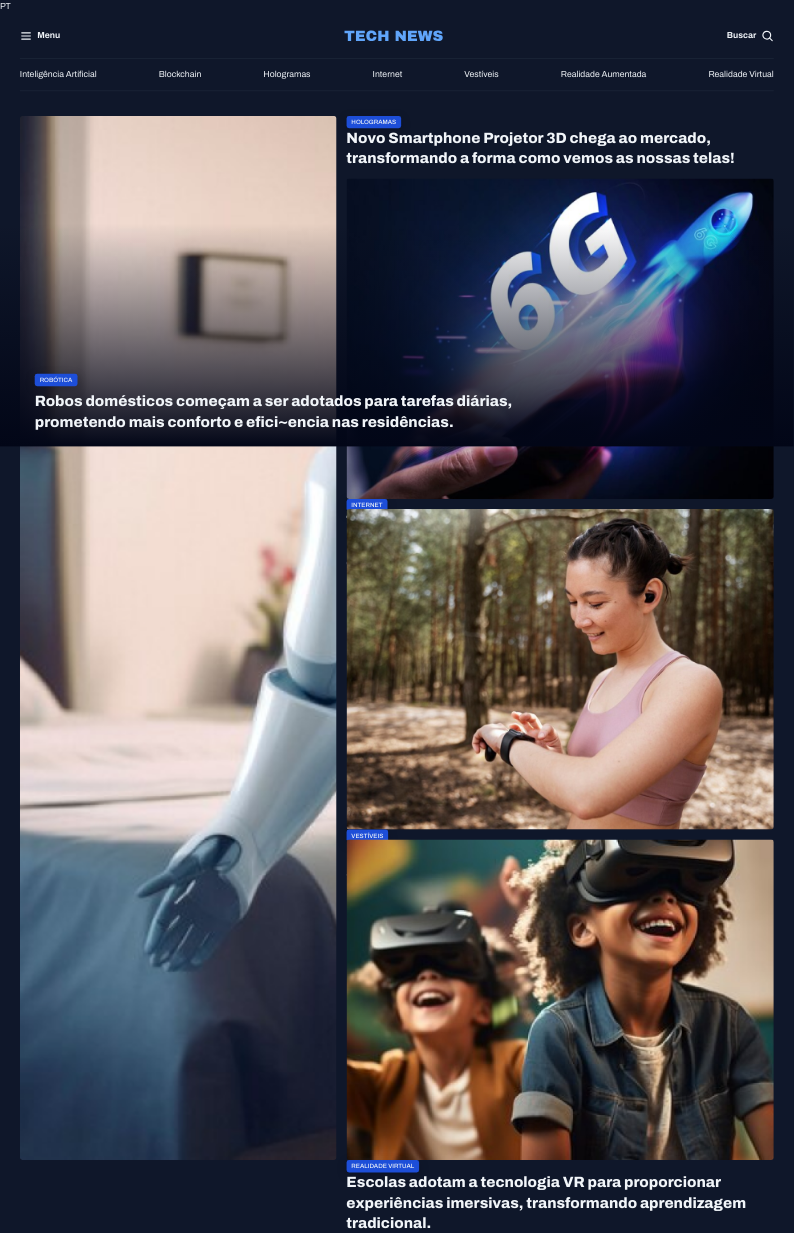
Repository: JeffRodFer/portalDeNoticias
Page: index.html
The author's editor kept a copy of each file at every save. The page is drawn from the files as they stood at one save, then again after a run of saves.
The browser window is 1280 px wide. The pictures show the whole page, at 62% of full size.

Above is the page before, as saved 2025-04-15 22:08:26.

### index.html
PT<!DOCTYPE html>
<html lang="pt-BR">
  <head>
    <link rel="preconnect" href="https://fonts.googleapis.com">
  <link rel="preconnect" href="https://fonts.gstatic.com" crossorigin>
  <meta charset="UTF-8">
  <meta name="viewport" content="width=device-width, initial-scale=1.0">
  <title>Portal de Notícias</title>
  <link rel="stylesheet" href="styles/index.css">

  <link href="https://fonts.googleapis.com/css2?family=Archivo:ital,wght@0,100..900;1,100..900&family=Bree+Serif&family=Poppins:wght@400;700&display=swap" rel="stylesheet">

</head>
<body>
  <header class="container">
    <nav id="primary" class="grid grid-flow-col">
      <div>
        <img src="assets/icons/List.svg" alt="ícone de menu">
        <strong>Menu</strong>
      </div>
        <div>
          <img src="assets/Logo (1).svg" alt="TechNews logo">
        </div>
        <div>
          <strong>Buscar</strong>
          <img src="assets/icons/MagnifyingGlass.svg" alt="ícone de lupa para pesquisa">
        </div>
    </nav>
    <nav id="secondary" class="grid grid-flow-col">
      <a href="#">Inteligência Artificial</a>
      <a href="#">Blockchain</a>
      <a href="#">Hologramas</a>
      <a href="#">Internet</a>
      <a href="#">Vestíveis</a>
      <a href="#">Realidade Aumentada</a>
      <a href="#">Realidade Virtual</a>
    </nav>
  </header>
  <main class="grid container">
    <section id="featured" class="grid grid-flow-col gap-16">
      <figure class="card">
        <img src="assets/images/Image 01.png" alt="">

        <figcaption>
          <span class="content-tag">robótica</span>
          <h2 class="text-2xl">
            Robos domésticos começam a ser adotados para tarefas diárias, <br> prometendo mais conforto e efici~encia nas residências.
          </h2>
        </figcaption>
      </figure>
      <div class="grid grid cols-2 gap-16">
        <figure class=""
          <img src="assets/images/Image 02.png" alt="Novo Smartphone Projetor 3D chega ao mercado, transformando a forma como vemos as nossas telas!">

          <figcaption>
            <span class="content-tag">Hologramas</span>
            <h2 class="text-2xl">
              Novo Smartphone Projetor 3D chega ao mercado, transformando a forma como vemos as nossas telas!
            </h2>
          </figcaption>
        </figure>
        <figure>
          <img src="assets/images/Image 03.png" alt="Tecnologia 3D chega as metropoles brasileiras, prometendo revolucionar a forma como vivemos e nos comunicamos.">

          <figcaption>
            <span class="content-tag">Internet</span>
            <h2 class="text-2xl">
            Tecnologia 3D chega as metropoles brasileiras, prometendo revolucionar a forma como vivemos e nos comunicamos.
            </h2>
          </figcaption>
      </figure>
        <figure>
          <img src="assets/images/Image 04.png" alt="Empresa lança relógio inteligente capaz de monitorar a saúde mental, oferecendo insights valiosos para os médicos.">

          <figcaption>
            <span class="content-tag">Vestíveis</span>
            <h2 class="text-2xl">
            Empresa lança relógio inteligente capaz de monitorar a saúde mental, oferecendo insights valiosos para os médicos.
            </h2>
          </figcaption>
        </figure>
        <figure>
          <img src="assets/images/Image 05.png" alt=" Escolas adotam a tecnologia VR para proporcionar experiências imersivas, transformando aprendizagem tradicional.">

          <figcaption>
            <span class="content-tag">Realidade Virtual</span>
            <h2 class="text-2xl">
             Escolas adotam a tecnologia VR para proporcionar experiências imersivas, transformando aprendizagem tradicional.
            </h2>
          </figcaption>
        </figure>
      </div>
    </section>
  </main>
</body>
</html>

### styles/global.css
* {
  margin: 0;
  padding: 0;
  box-sizing: border-box;
}

:root {
  --brand-color-light: #60a5fa ;
  --brand-color-dark: #1d4ed8;
  --bg-color: #0f172a;
  --stroke-color: #1e293b;
  --text-color-primary: #f1f5f9;
  --text-color-secondary: #cbd5e1;

  --font-family: 'Archivo', sans-serif;
  --h1: 800 24px/135% var(--font-family);
  --h2: 800 16px/140% var(--font-family);
  --h3: 800 14px/140% var(--font-family);
  --text-span: 400 16px/140% var(--font-family);
  --text: 400 14px/160% var(--font-family);

}

body {
  font: var(--text);
  color: var(--text-color-primary);
  background-color: var(--bg-color);
}

a {
  text-decoration: none;
  color: inherit;
}

a:hover {
  color: var(--brand-color-light);
}

h1,h2,h3 {
  font:inherit;
}

img {
  max-width: 100%;
}

.container {
  max-width: 1280px;
  padding-inline: 32px;
  margin-inline: auto;
}
main {
  margin-top: 40px ;
}
.content-tag {
  display: inline-block;
  background-color: var(--brand-color-dark);
  padding: 4px 8px;
  border-radius: 4px;
  font: 500 10px/1.2 var(--font-family);
  text-transform: uppercase;
  color: var(--text-color-primary);
  box-shadow: 0px 4px 16px rgba(2, 3, 23, 0.251);
}

### styles/utility.css
/* utility-first */
.grid {
  display: grid;
}
.grid-flow-col {
  grid-auto-flow: column;
}

.grid-cols-2 {
  grid-template-columns: 1fr 1fr;
}

.gap-16 {
  gap: 16px;
}

.text-2xl {
  font: var(--h1);
}
.text-2x {
  font: var(--h2);
}
.text-lg {
  font: var(--h3);
}
.text-sm {
  font: var(--text-sm);
}

### styles/header.css
#primary {
  padding-block: 20px;

  div {
    display: flex;
    align-items: center;
    gap: 8px;
  }

  /* nesting css */
  div:nth-child(2) {
    margin-inline: auto;
}
div:nth-child(3) {
  justify-self: end;
}
}
#secondary {
  padding-block: 14px;
  border: solid 1px var(--stroke-color);
  border-inline: none;
  justify-content: space-between;
}

### styles/sections.css
#featured {
  img {
    height: 100%;
    object-fit: cover;
    border-radius: 4px;
  }
.card {
  border-radius: 4px;
  overflow: hidden;
  object-fit: relative;

  &::before {
   content: "";
   position: absolute;
   inset: 0;
   top: 50%;
   background: linear-gradient(
    180deg,
    transparent 0%,
    #020617 100%
   );
  }
  figcaption {
    position: absolute;
    bottom: 0;

    padding: 24px;

    h2 {
      margin-top: 8px;
    }
  }
}
}

Loaded but not shown: styles/index.css (common file)

After the next 3 saves:
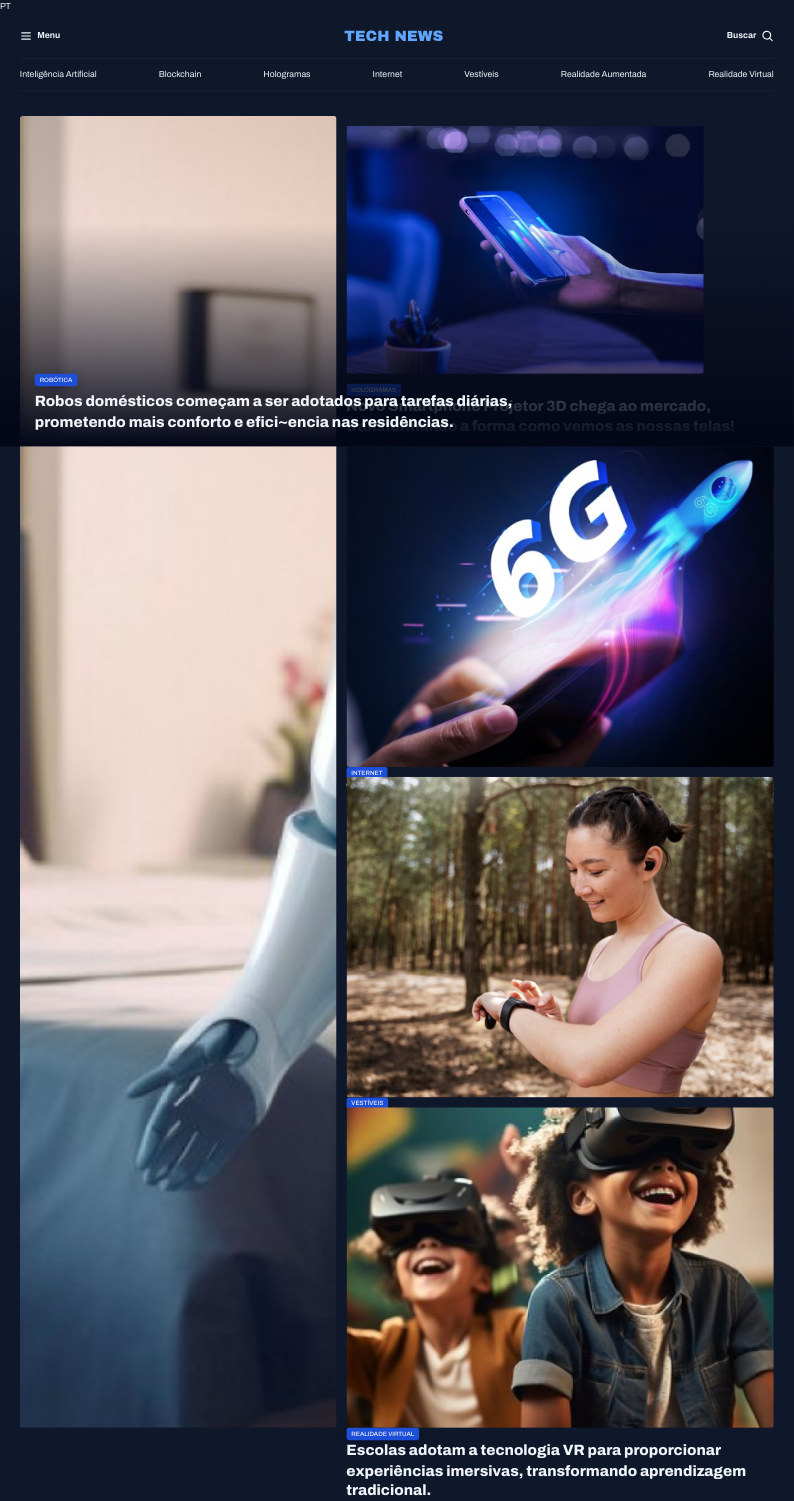
The 3 saves are shown as one change because they came seconds apart.
The last was saved 8 s later.
--- a/index.html
+++ b/index.html
@@ -49,7 +49,7 @@ PT<!DOCTYPE html>
         </figcaption>
       </figure>
       <div class="grid grid cols-2 gap-16">
-        <figure class=""
+        <figure class=card"></figure>
           <img src="assets/images/Image 02.png" alt="Novo Smartphone Projetor 3D chega ao mercado, transformando a forma como vemos as nossas telas!">
 
           <figcaption>
